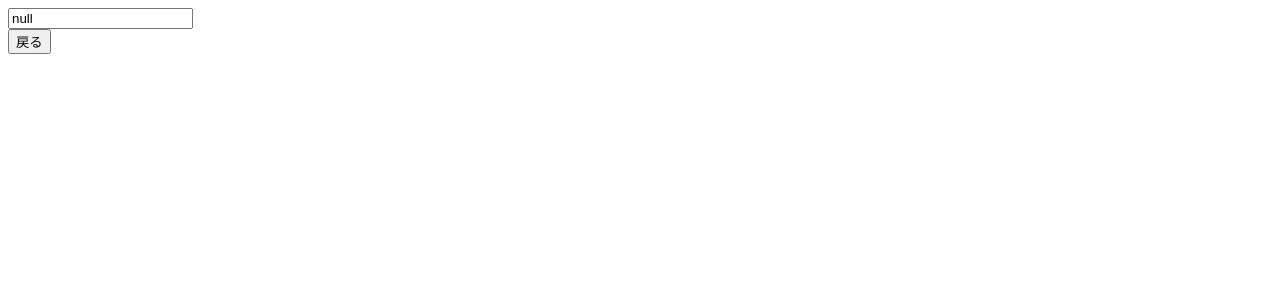
Repository: nguyenvantandev/WebApp
Page: http://localhost/EmployeeInfoSystem/SkillListUpdate.jsp
These files come from the project's save history. The page is drawn as it stood at one moment and after the next save; the edit follows.
The browser window is 1280 px wide. The pictures show the whole page.
The page is served by Tomcat 9. Other server files are loaded and not shown.

Above is the page before, as saved 2016-06-07 02:12:14.

### EmployeeInfoSystem/WebContent/SkillListUpdate.jsp
<%@ page language="java" contentType="text/html; charset=UTF-8"
    pageEncoding="UTF-8"%>
<!DOCTYPE html PUBLIC "-//W3C//DTD HTML 4.01 Transitional//EN" "http://www.w3.org/TR/html4/loose.dtd">
<html>
<head>
<meta http-equiv="Content-Type" content="text/html; charset=UTF-8">
<title>技術資格マスタ更新画面</title>
</head>
<body>
<input type="text" id="id" name="id" value="<%=request.getAttribute("id")%>">
<form action="GijutsuShikakuMasterUpdate" method="post" id="SkillListUpdate" name="SkillListUpdate">
<input type="button" id="modoru" name="modoru" value="戻る">
</form>
</body>
</html>

After the next save:
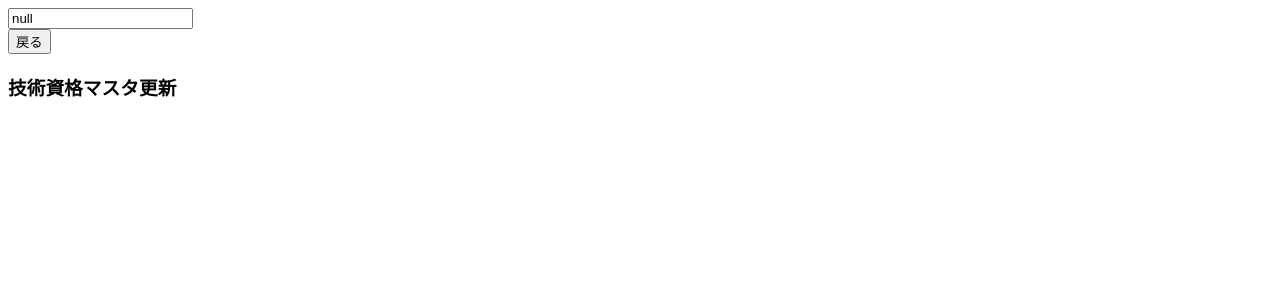
Saved 40 s later.
--- a/EmployeeInfoSystem/WebContent/SkillListUpdate.jsp
+++ b/EmployeeInfoSystem/WebContent/SkillListUpdate.jsp
@@ -10,6 +10,7 @@
 <input type="text" id="id" name="id" value="<%=request.getAttribute("id")%>">
 <form action="GijutsuShikakuMasterUpdate" method="post" id="SkillListUpdate" name="SkillListUpdate">
 <input type="button" id="modoru" name="modoru" value="戻る">
+<h3><b>技術資格マスタ更新</b></h3>
 </form>
 </body>
 </html>
